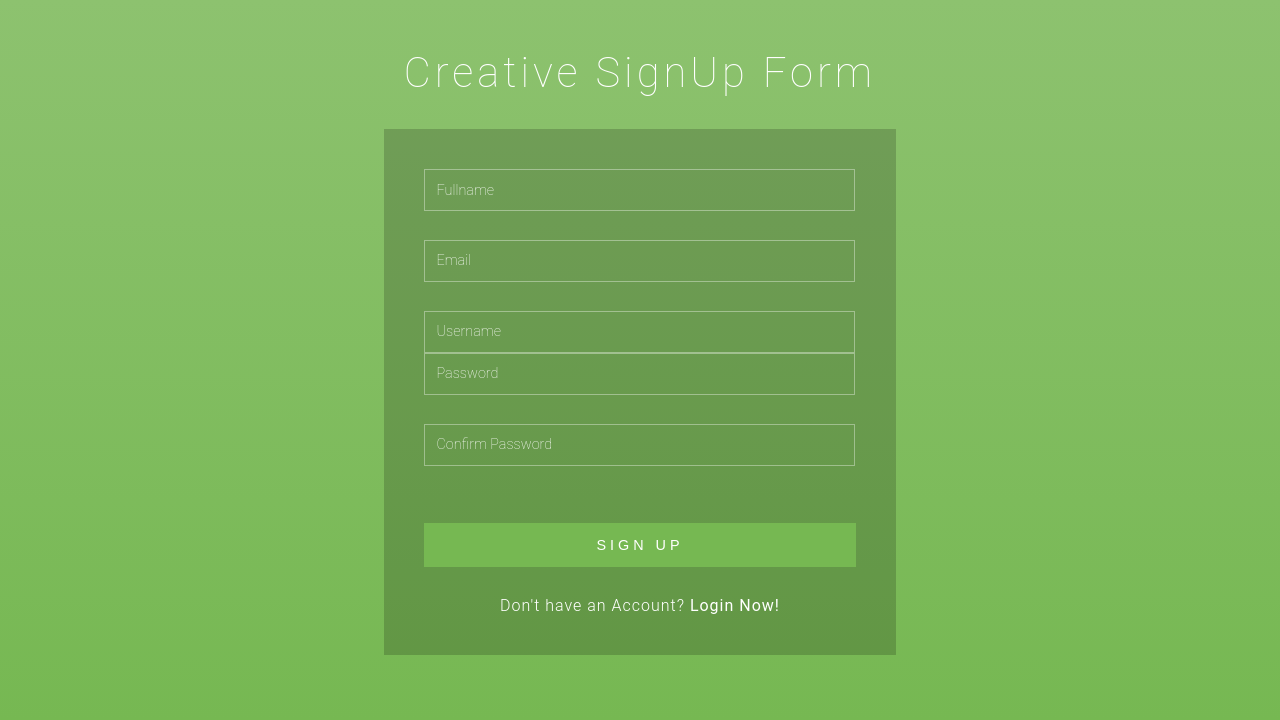
Repository: hosi04/BaiTapWeb
Page: http://localhost/BaiTapWeb_Login/views/register.jsp
These files come from the project's save history. The page is drawn as it stood at one moment and after the next save; the edit follows.
The browser window is 1280 px wide. The pictures show the whole page.
Backgrounds fixed to the window are drawn as part of the page. The page is served by Tomcat 9.

Above is the page before, as saved 2024-09-07 14:57:58.

After the next save:
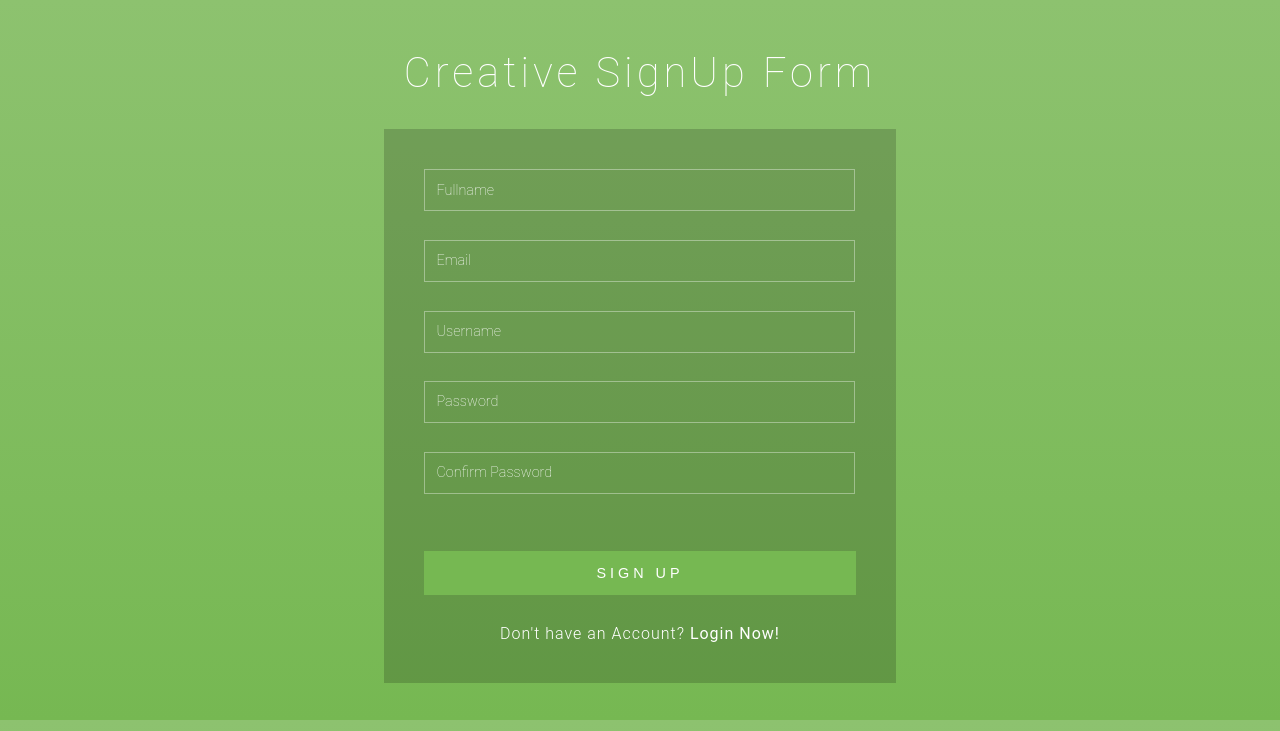
Saved 8 s later.
--- a/BaiTapWeb_Login/src/main/webapp/views/register.jsp
+++ b/BaiTapWeb_Login/src/main/webapp/views/register.jsp
@@ -25,7 +25,7 @@ String url = request.getScheme() + "://" + request.getServerName() + ":" + reque
 				<form action="<%=url %>/Register" method="post">
 					<input  class="text" type="text" name="hoVaTen" placeholder="Fullname" required="">
 					<input class="text email" type="email" name="email" placeholder="Email" required="">
-					<input class="text" type="text" name="tenDangNhap" placeholder="Username" required="">
+					<input style="margin-bottom: 28px" class="text" type="text" name="tenDangNhap" placeholder="Username" required="">
 					<input class="text" type="password" name="matKhau" placeholder="Password" required="">
 					<input class="text w3lpass" type="password" name="nhapLaiMatKhau" placeholder="Confirm Password" required="">
 					<input type="submit" value="SIGN UP">
